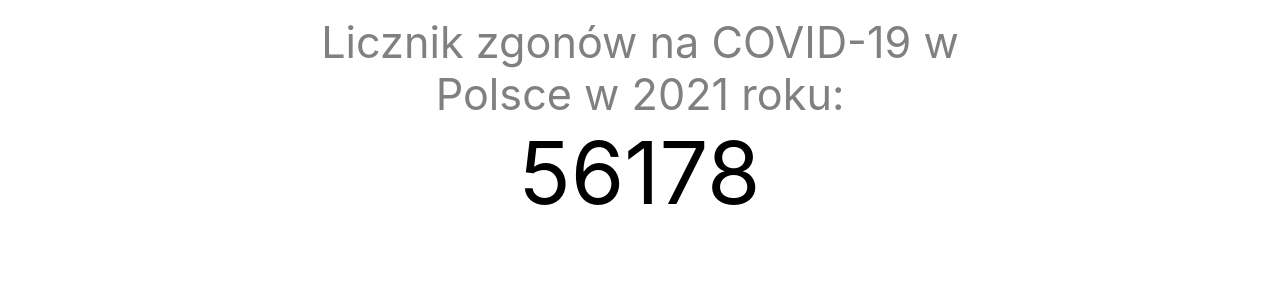
Repository: michalgornicki/poland-covid
Page: /
The author's editor kept a copy of each file at every save. The page is drawn from the files as they stood at one save, then again after a run of saves.
The browser window is 1280 px wide. The pictures show the whole page.
The project was rebuilt for these pictures with package versions that can differ from the ones it lists, and the page was loaded fresh each time.

Above is the page before, as saved 2021-12-04 19:10:34.

### src/App.jsx
import React, { useEffect } from 'react';
import './App.css';

function App() {



  const startTime = () => {
    const date = new Date();
    let miliseconds = date.getTime();
    let seconds = Math.round(miliseconds/1000);
    let hours = seconds/3600;
    let thisYearHours = Math.round(hours - 447056);
    let thisYearSeconds = Math.round(seconds - 1609401600)

    let deaths = Math.round(thisYearSeconds*0.00192110763);
    document.getElementsByClassName('counter')[0].innerHTML =  deaths;
    setTimeout(startTime, 1000);
  }

  useEffect(() => {
    startTime()
  });

  return (
    <p>
      <div className="text-container">
      <div className="header">Licznik zgonów na COVID-19 w Polsce w 2021 roku:</div>
      <div className="counter">{""}</div>
      </div>
    </p>
  );
}

export default App;

### src/App.css


.header{
    font-size: 6vmin;
    display: block;
    margin: auto;
    width: 50%;
    text-align: center;
    color: gray;
}

.counter{
    font-size: 12vmin;
    display: block;
    margin: auto;
    width: 50%;
    text-align: center;
}

Loaded but not shown: public/index.html (common file); src/index.js (common file); src/index.css (common file); src/reportWebVitals.js (common file)

After the next 3 saves:
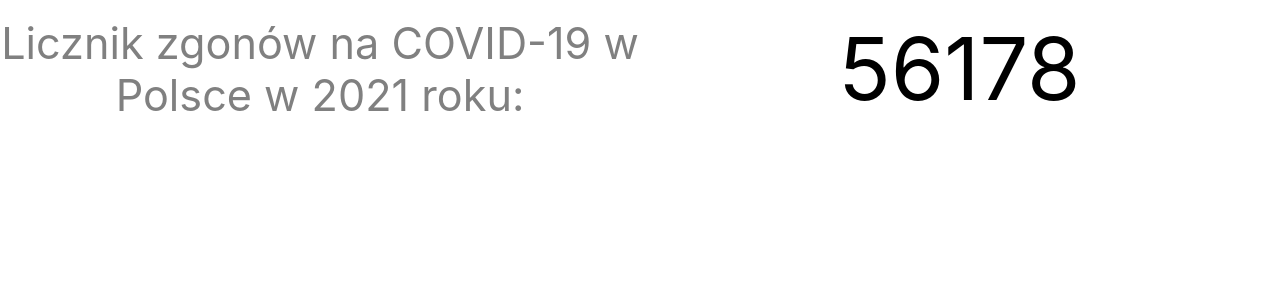
The 3 saves are shown as one change because they came seconds apart.
The last was saved 8 s later.
--- a/src/App.css
+++ b/src/App.css
@@ -1,4 +1,7 @@
+.text-container{
+    display: flex;
 
+}
 
 .header{
     font-size: 6vmin;
